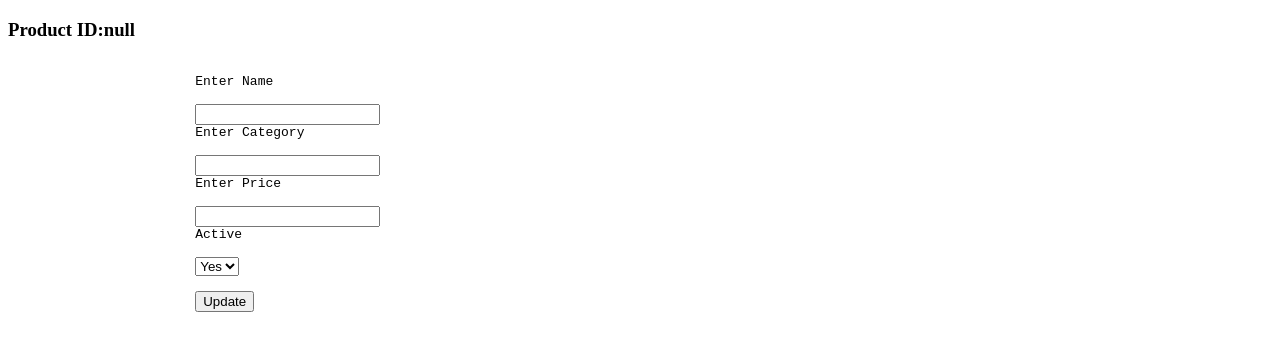
Repository: NidhiDaniel/E-Cart
Page: http://localhost/Online-Shopping-Cart/admin/edit-product.jsp
An editor plug-in stored every save of this project. The page is shown before and after the next save, followed by the edit.
The browser window is 1280 px wide. The pictures show the whole page.
The page is served by Tomcat 9. Queries for data that is not in the repository find no rows.

Above is the page before, as saved 2024-01-06 05:41:01.

After the next save:
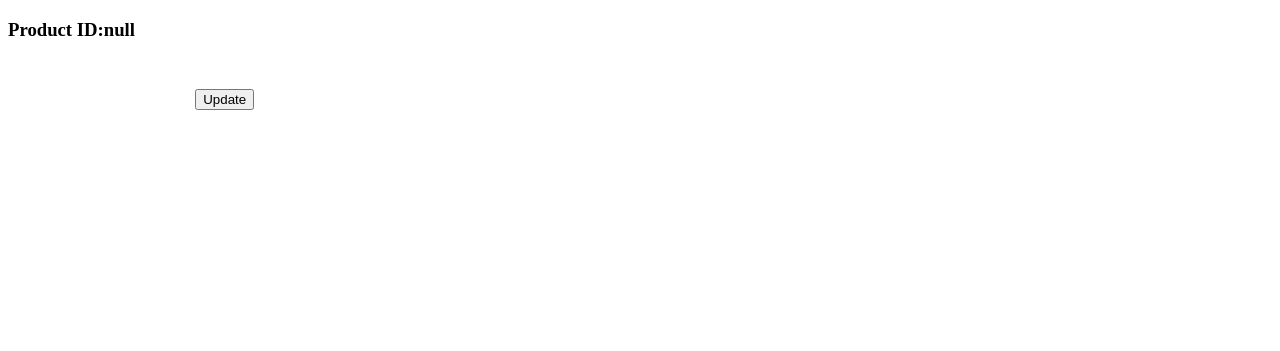
Saved 66 s later.
--- a/Online-Shopping-Cart/src/main/webapp/admin/edit-product.jsp
+++ b/Online-Shopping-Cart/src/main/webapp/admin/edit-product.jsp
@@ -43,23 +43,27 @@
 					Statement stmt = con.createStatement();
 					ResultSet rs = stmt.executeQuery("select * from product where id=" + id);
 					while (rs.next()) {%>
+   						<label>Enter Name</label><br>
+						<input type="text" name="name" placeholder="">
+						<label>Enter Category</label><br>
+						<input type="text" name="category" placeholder="">
+						<label>Enter Price</label><br>
+						<input type="text" name="price" placeholder="">
+						<label>Active</label><br>
+					<select name="active">
+						<option>Yes</option>
+						<option>No</option>
+					</select><br>
+
+
+
 
 					<%}
 				} catch (Exception e) {
 
 				}
 				%>
-			<label>Enter Name</label><br>
-			<input type="text" name="name" placeholder="">
-			<label>Enter Category</label><br>
-			<input type="text" name="category" placeholder="">
-			<label>Enter Price</label><br>
-			<input type="text" name="price" placeholder="">
-			<label>Active</label><br>
-			<select name="active">
-				<option>Yes</option>
-				<option>No</option>
-			</select><br>
+
 			<input type="submit" value="Update">
 			</pre>
 			</form>
